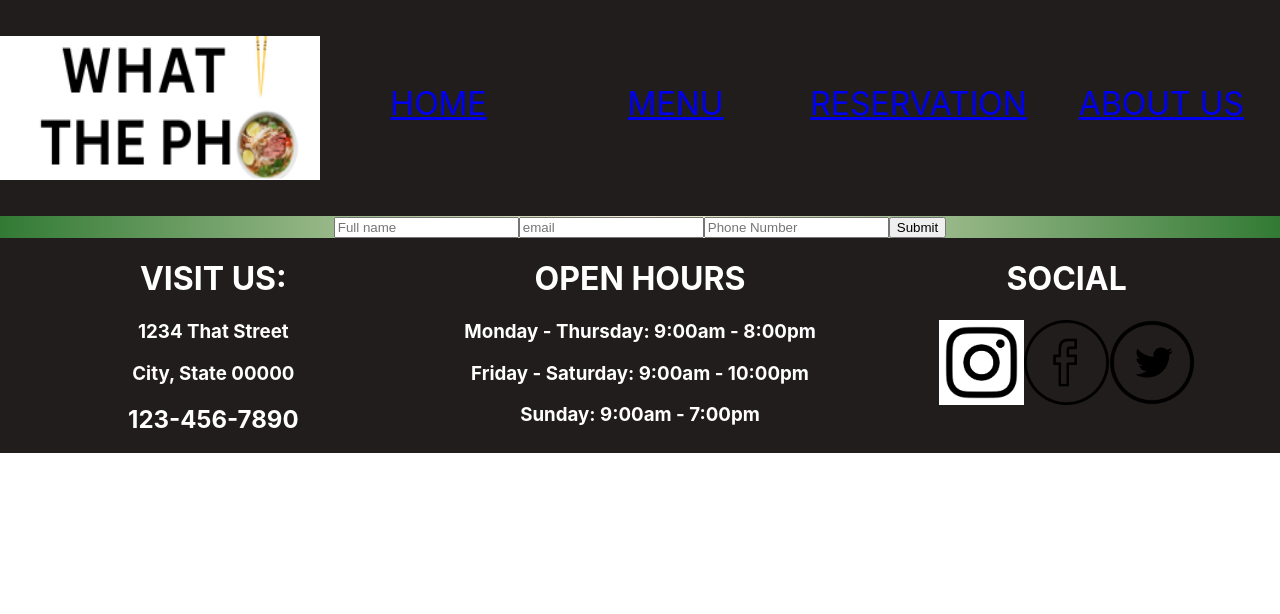
Repository: NguyenkhDang/Restaurant-Website
Page: /reservation
These files come from the project's save history. The page is drawn as it stood at one moment and after the next save; the edit follows.
The browser window is 1280 px wide. The pictures show the whole page.
The project was rebuilt for these pictures with package versions that can differ from the ones it lists, and the page was loaded fresh each time. Also part of the build but not shown: src/CSS/Readmore.css, src/Readmore.js, src/CSS/SectionContainer.css, src/SectionContainer.js, src/CSS/Home.css, src/Pages/HomePage.js, src/Pages/MenuPage.js, src/Pages/AboutUsPage.js and 1 more.

Above is the page before, as saved 2026-01-18 01:16:24.

### src/index.js
import React from 'react';
import ReactDOM from 'react-dom/client';
import './index.css';
import App from './App';
import reportWebVitals from './reportWebVitals';
import { BrowserRouter } from "react-router-dom";


const root = ReactDOM.createRoot(document.getElementById("root"));
root.render(
  <BrowserRouter>
    <App />
  </BrowserRouter>
);

// If you want to start measuring performance in your app, pass a function
// to log results (for example: reportWebVitals(console.log))
// or send to an analytics endpoint. Learn more: https://bit.ly/CRA-vitals
reportWebVitals();

### src/App.js

import './App.css';

import NavigationBar from './NavigationBar';
import Footer from "./Footer"
import {Routes, Route} from "react-router-dom"



import HomePage from "./Pages/HomePage"
import MenuPage from "./Pages/MenuPage"
import ReservationPage from "./Pages/ReservationPage"
import AboutUsPage from "./Pages/AboutUsPage"
import ContactUsPage from "./Pages/ContactUsPage"

function App() {


  return (
    <div className="home">
      <NavigationBar />

      <Routes>
        <Route path="/" element={<HomePage />} />
        <Route path="/menu" element={<MenuPage />} />
        <Route path="/reservation" element={<ReservationPage />} />
        <Route path="/aboutUs" element={<AboutUsPage />} />
        <Route path="contactUs" element={<ContactUsPage />} />
      </Routes>

      <Footer />
  </div>
);
}

export default App;

### src/App.css
html{
  -ms-overflow-style: none;
  scrollbar-width: none;
}

.home {
  display: grid;
  margin: 0;
  padding: 0;

  background: radial-gradient(
    circle,
    rgba(245, 240, 213, 1) 0%,
    rgba(38, 115, 42, 1) 100%
  );
  place-items: center;
  text-align: center;
  color: white;
}


html::-webkit-scrollbar {
  display: none;
}

### src/NavigationBar.js
import "./CSS/NavigationBar.css"
import Logo from "./image/CustomLogo2.png"
import { Link } from "react-router-dom"
const NavigationBar = () =>{



  return (
    <div className="navbar">
      <div className="logoImage">
        <img src= {Logo} />
      </div>
      <div className="wholeNavBar">
        <ul>
          <li>
            <Link to="/">HOME</Link>
          </li>
          <li>
            <Link to="/menu">MENU</Link>
          </li>
          <li>
            <Link to="/reservation">RESERVATION</Link>
          </li>
          <li>
            <Link to="/aboutUs">ABOUT US</Link>
          </li>
        </ul>

      </div>
    </div>
  )


}

export default NavigationBar

### src/Footer.js
import "./CSS/Footer.css"
import InstagramIcon from "./image/instagramIcon.png"
import FacebookIcon from "./image/facebookIcon.png"
import TwitterIcon from "./image/twitterIcon.png"
const Footer = () =>{

  return(
    <div className="footer">
      <div>
        <h1>VISIT US:</h1>
        <h3>1234 That Street</h3>
        <h3>City, State 00000</h3>

        <h2>123-456-7890</h2>
      </div>
      <div>
        <h1>OPEN HOURS</h1>
        <h3>Monday - Thursday: 9:00am - 8:00pm</h3>
        <h3>Friday - Saturday: 9:00am - 10:00pm</h3>
        <h3>Sunday: 9:00am - 7:00pm</h3>
      </div>
      <div>
        <h1>SOCIAL</h1>
        <a href="https://www.instagram.com/" target="_blank"><img src={InstagramIcon}/></a>
        <a href="https://www.facebook.com/" target="_blank"><img src={FacebookIcon}/></a>
        <a href="https://x.com/" target="_blank"><img src={TwitterIcon}/></a>
      </div>

    </div>
  )

}

export default Footer

### src/Pages/ReservationPage.js
import ReservationForm from "../ReservationForm"


const ReservationPage = () =>{
  return(
    <>
      <ReservationForm />
    </>
  )
}

export default ReservationPage

### src/CSS/NavigationBar.css
.navbar{
  background-color: rgb(34, 29, 29);
  display: grid;
  grid-template-columns: 25% 75%;
  width: 100vw;
  height: 25vh;
  padding-top: 5vh;
}
.wholeMavBar{
  float: right;
  height: 10vh;
}

.logoImage img{
  height: 20vh;
  width: 25vw;
  object-fit: fill;
  object-position: center;
}

ul{
  align-items: center;
  list-style-type: none;
  display: grid;
  place-items: center;
  grid-template-columns: 1fr 1fr 1fr 1fr;
  margin-top: 5%;
  padding: 0;
}
li a{
  font-size: 2em;
  text-align: center;
  padding: 14px 16px;
}

li a:hover{
  background-color: #c5b1b1;
}

### src/CSS/Footer.css
.footer{
  background-color: rgb(34, 29, 29);
  display: grid;
  grid-template-columns: repeat(3, 1fr);
  width: 100vw;
}

.footer img{
  width: 20%;
}

### src/ReservationForm.js
import { useRef, useState } from "react"

const ReservationForm = () =>{

  const [phoneNumberLength, setPhoneNumberLength] = useState("")

  const formRef= useRef(null)


  const PhoneNumber = (e) =>{

    let value = e.target.value;
    value = value.replace(/\D/g, "");
    if (value.length > 3 && value.length <=6){
      value = `(${value.slice(0, 3)}) ${value.slice(3)}`;
    } else if (value.length > 6) {
    value = `(${value.slice(0, 3)}) ${value.slice(3, 6)}-${value.slice(6, 10)}`;
    }
    setPhoneNumberLength(value)
  }


  const handleSubmit = (e)=>{

    e.preventDefault();
    const url = "https://script.google.com/macros/s/AKfycbx0FabLb-KOBm8n_JP2SJcp21AE1aox7vxr3D2p_FfrtZs8dIHl3N9UMOriMfEaySY/exec"

    fetch(url,{
      method:"POST",
      body: new FormData(formRef.current)
    } ).then(() => {
      alert("Reservation Submitted ");
    }).catch((error) => console.log(error))
  };

  return (
    <form className="form" ref = {formRef} onSubmit={handleSubmit}>
      <input
        type="text"
        name="Name"
        placeholder="Full name"
        required
      />

      <input
        type="email"
        name="Email"
        placeholder="email"
        required
      />

      <input
        type="text"
        name="Phone"
        value={phoneNumberLength}
        onChange={PhoneNumber}
        placeholder="Phone Number"/>
      <button>Submit</button>
    </form>

  )
}

export default ReservationForm

### src/CSS/ReservationForm.css
button{
  width: 20vw;
  height: 20vh;
}

Loaded but not shown: public/index.html (common file); src/index.css (common file); src/reportWebVitals.js (common file)

After the next save:
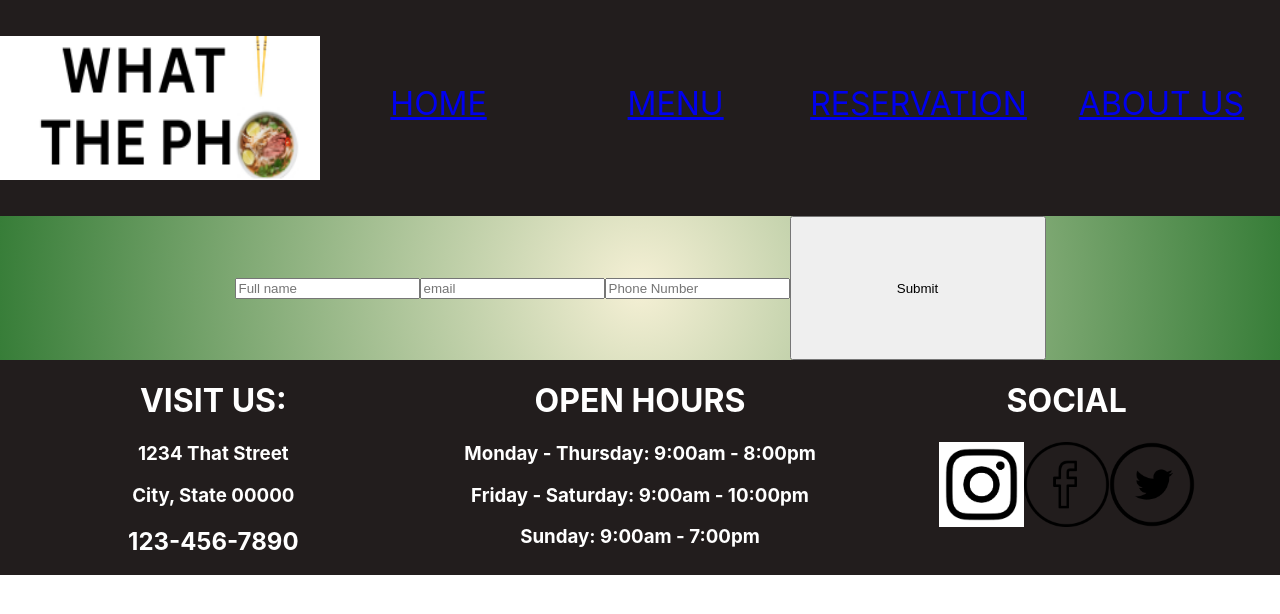
Saved 12 h 5 min later.
--- a/src/ReservationForm.js
+++ b/src/ReservationForm.js
@@ -1,5 +1,5 @@
 import { useRef, useState } from "react"
-
+import "./CSS/ReservationForm.css"
 const ReservationForm = () =>{
 
   const [phoneNumberLength, setPhoneNumberLength] = useState("")
